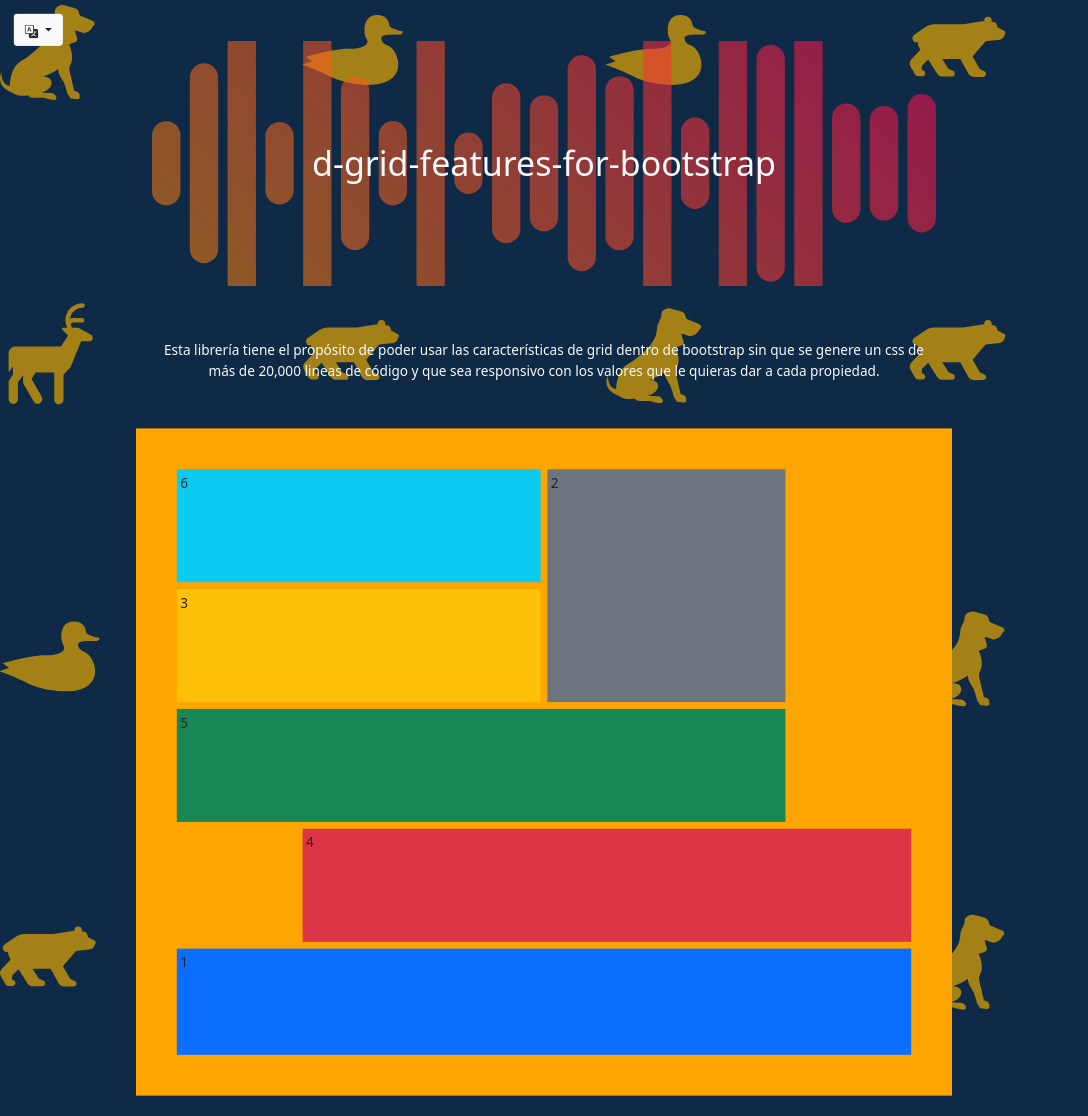
Repository: LynxPardelle/d-grid-features-for-bootstrap
Page: index.html
An editor plug-in stored every save of this project. The page is shown before and after the next save, followed by the edit.
The browser window is 1280 px wide. The pictures show the whole page, at 85% of full size.

Above is the page before, as saved 2022-06-21 12:30:51.

After the next save:
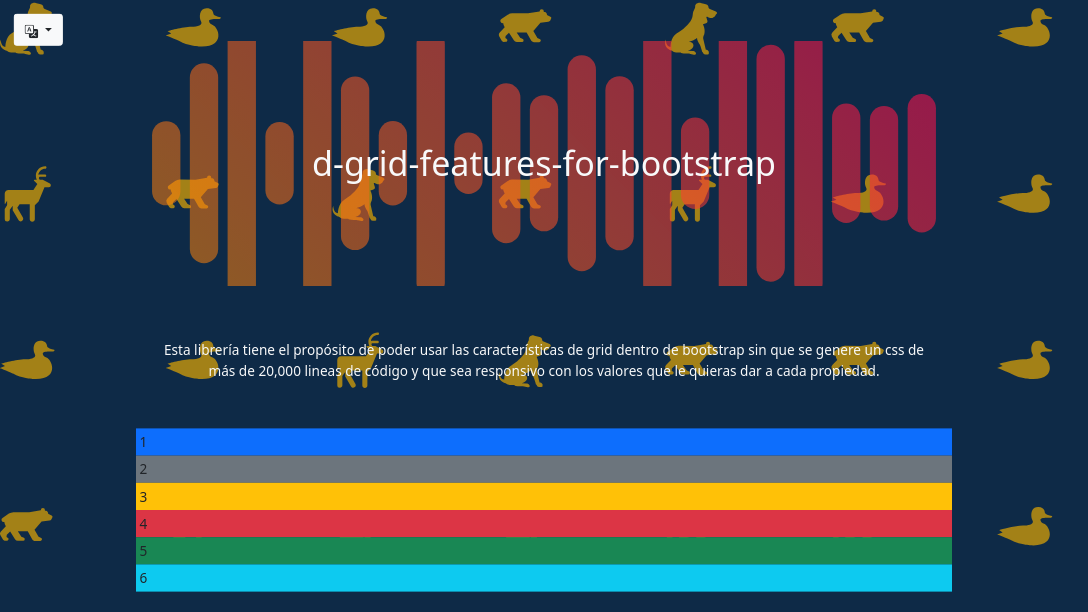
Console error: ReferenceError: gridCreate is not defined
Saved 7 min 29 s later.
--- a/d-grid.js
+++ b/d-grid.js
@@ -1,10 +1,10 @@
 "use strict";
 
-function gridCreate(){
+gridCreate = () => {
   let wWidth = window.innerWidth;
   let gridElements = document.querySelectorAll("[data-gfbs]");
 
-  function checkIfHasBP(gridElement, atr) {
+  checkIfHasBP = (gridElement, atr) => {
     let hasIt = false;
     for (let attribute of gridElement.attributes) {
       let at = attribute.localName;
@@ -30,7 +30,7 @@
     }
 
     return hasIt;
-  }
+  };
 
   for (let gridElement of gridElements) {
     for (let attribute of gridElement.attributes) {
@@ -157,7 +157,7 @@
       }
     }
   }
-}
+};
 
 window.onload = gridCreate();
 window.addEventListener("resize", gridCreate);

After the save that followed:
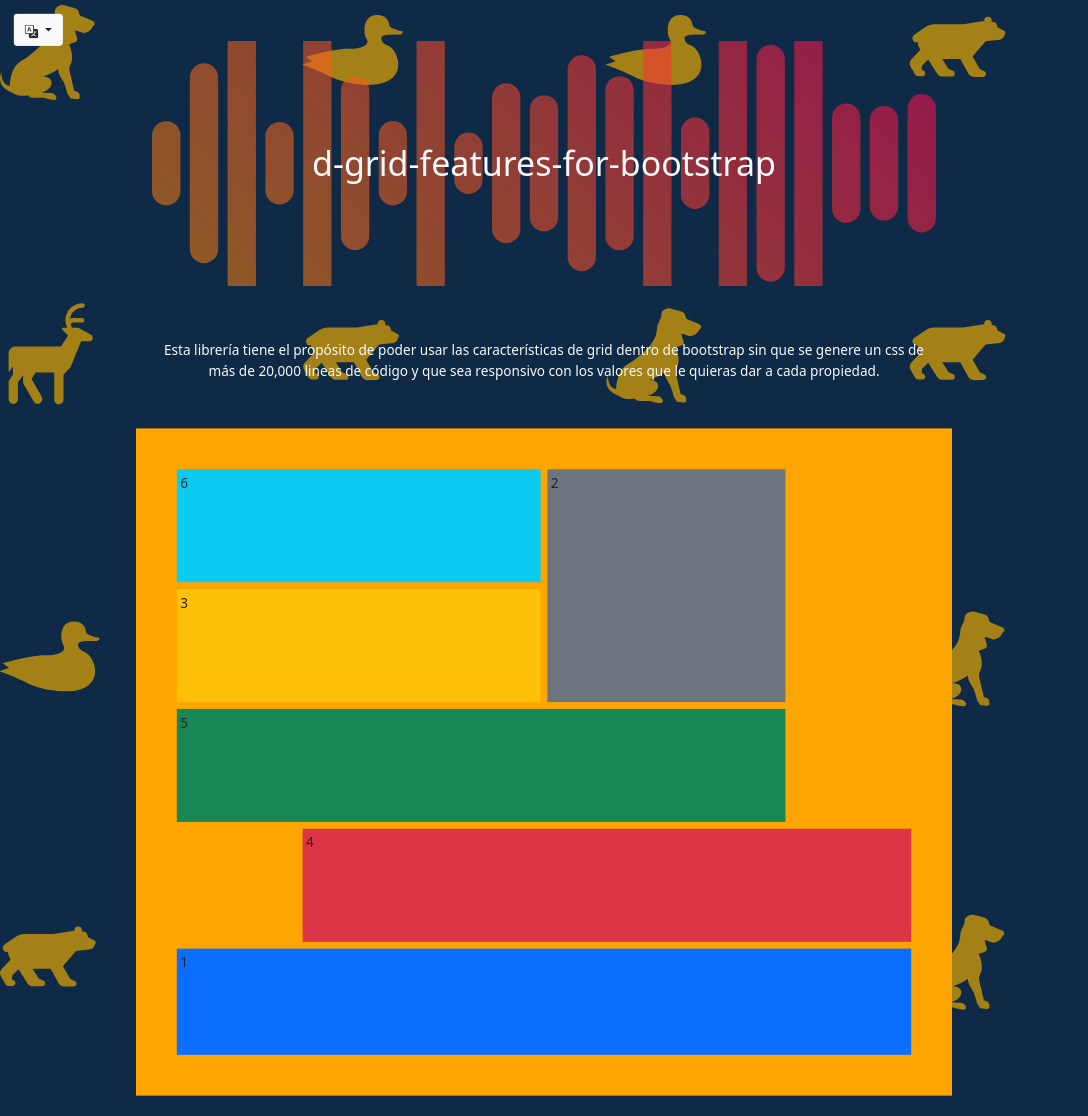
The error is gone.
Saved 14 s later.
--- a/d-grid.js
+++ b/d-grid.js
@@ -1,10 +1,10 @@
 "use strict";
 
-gridCreate = () => {
+const gridCreate = () => {
   let wWidth = window.innerWidth;
   let gridElements = document.querySelectorAll("[data-gfbs]");
 
-  checkIfHasBP = (gridElement, atr) => {
+  const checkIfHasBP = (gridElement, atr) => {
     let hasIt = false;
     for (let attribute of gridElement.attributes) {
       let at = attribute.localName;
